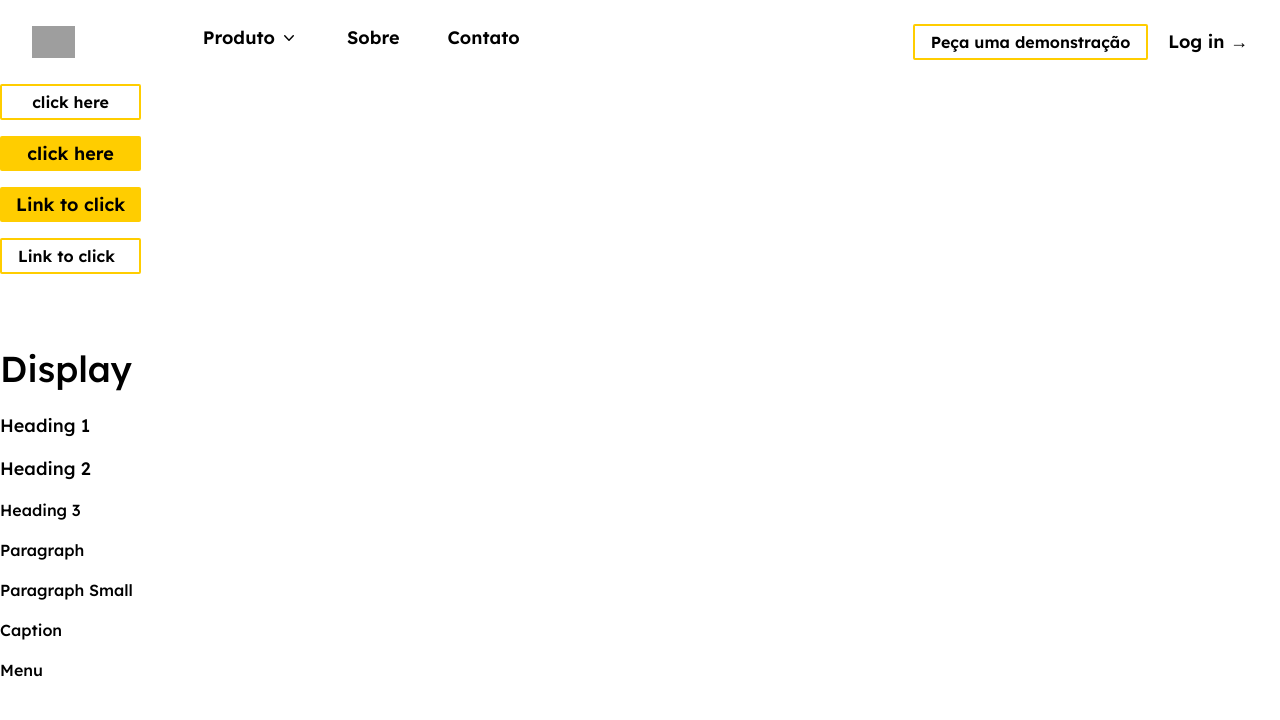
Repository: VereAbsolutum/site-institucional
Page: /
These files come from the project's save history. The page is drawn as it stood at one moment and after the next save; the edit follows.
The browser window is 1280 px wide. The pictures show the whole page.
Pictures or frames that could not be fetched are drawn as grey boxes. The project was rebuilt for these pictures with package versions that can differ from the ones it lists, and the page was loaded fresh each time. Also part of the build but not shown: vite.config.ts, src/presentation/pages/not-found/notFound.tsx.

Above is the page before, as saved 2023-04-12 21:53:29.

### src/App.tsx
import React from 'react'
import { BrowserRouter, Routes, Route } from "react-router-dom"
import { Home, NotFound } from './presentation/pages'

const App: React.FC = () => {
  return (
    <BrowserRouter >
      <Routes>
        <Route path='/' element={<Home />} />
        <Route path='*' element={<NotFound />} />
      </Routes>
    </BrowserRouter>
  )
}

export default App

### src/index.css
@import url("https://fonts.googleapis.com/css?family=lexend+Deca:300,500,600|Playfair+Display:500");

:root {
    --font-family-lexend_deca: "Lexend Deca";
    --font-family-playfair_display: "Playfair Display";
    font-family: 'Lexend Deca', sans-serif;
}

@tailwind base;
@tailwind components;
@tailwind utilities;

### src/presentation/pages/index.ts
export { default as Home } from './home/home'
export { default as NotFound } from './not-found/notFound'

### src/presentation/pages/home/home.tsx
import React from 'react';
import { ButtonBorderPrimary, ButtonPrimary, Header, LinkBorderPrimary, LinkBorderWhite, LinkPrimary, TextCaption, TextDisplay, TextHeading1, TextHeading2, TextHeading3, TextMenu, TextParagraph, TextParagraphSmall } from '../../components';

const home: React.FC = () => {
    return (
        <>
            <Header />
            <main>
                <section>
                    <div className='inline-flex flex-col space-y-4'>
                        <ButtonBorderPrimary label='click here' />
                        <ButtonPrimary label='click here' />
                        <LinkPrimary>
                            Link to click
                        </LinkPrimary>
                        <LinkBorderPrimary>
                            Link to click
                        </LinkBorderPrimary>
                        <LinkBorderWhite>
                            Link to click
                        </LinkBorderWhite>
                        <TextDisplay>Display</TextDisplay>
                        <TextHeading1>Heading 1</TextHeading1>
                        <TextHeading2>Heading 2</TextHeading2>
                        <TextHeading3>Heading 3</TextHeading3>
                        <TextParagraph>Paragraph</TextParagraph>
                        <TextParagraphSmall>Paragraph Small</TextParagraphSmall>
                        <TextCaption>Caption</TextCaption>
                        <TextMenu>Menu</TextMenu>
                    </div>
                </section>
            </main>
        </>


    );
};

export default home;

### src/presentation/components/index.ts
export { default as Header } from './header/header'

export { default as ButtonBase } from './buttons/button-base'
export { default as ButtonBorderPrimary } from './buttons/button-border-primary'
export { default as ButtonPrimary } from './buttons/button-primary'

export { default as LinkBase } from './links/link-base'
export { default as LinkPrimary } from './links/link-primary'
export { default as LinkBorderPrimary } from './links/link-border-primary'
export { default as LinkBorderWhite } from './links/link-border-white'

export { default as TextBase } from './typography/text-base'
export { default as TextDisplay } from './typography/display'
export { default as TextHeading1 } from './typography/heading1'
export { default as TextHeading2 } from './typography/heading2'
export { default as TextHeading3 } from './typography/heading3'
export { default as TextParagraph } from './typography/paragraph'
export { default as TextParagraphSmall } from './typography/paragraph-small'
export { default as TextCaption } from './typography/caption'
export { default as TextMenu } from './typography/menu'

### src/presentation/components/header/header.tsx
import React, { useState } from 'react'
import {
    Bars3Icon,
    ChartPieIcon,
    CursorArrowRaysIcon,
    FingerPrintIcon,
} from '@heroicons/react/24/outline'
import { PhoneIcon, PlayCircleIcon } from '@heroicons/react/20/solid'
import { MainMenu, MobileMenu } from './components'
import { ButtonBorderPrimary } from '..'

const products = [
    { name: 'CdAdm Web', description: 'Get a better understanding of your traffic', href: '#', icon: ChartPieIcon },
    { name: 'CdAdm Grafico', description: 'Speak directly to your customers', href: '#', icon: CursorArrowRaysIcon },
    { name: 'CdFin', description: 'Your customers’ data will be safe and secure', href: '#', icon: FingerPrintIcon }
]
const callsToAction = [
    { name: 'Assista a Demo', href: '#', icon: PlayCircleIcon },
    { name: 'Contato', href: '#', icon: PhoneIcon },
]

function classNames(...classes: string[]) {
    return classes.filter(Boolean).join(' ');
}

const header: React.FC = () => {
    const [mobileMenuOpen, setMobileMenuOpen] = useState(false)

    return (
        <header className="bg-white">
            <nav className="mx-auto flex max-w-7xl items-center justify-between p-6 lg:px-8" aria-label="Global">

                <div className="flex lg:flex-1">
                    <a href="#" className="-m-1.5 p-1.5">
                        <span className="sr-only">SCordon</span>
                        <img className="h-8 w-auto" src="https://tailwindui.com/img/logos/mark.svg?color=indigo&shade=600" alt="" />
                    </a>

                    {/* main menu */}
                    <div className='ml-32'>
                        <MainMenu products={products} />
                    </div>
                </div>

                <div className="flex lg:hidden">
                    {/* Button */}
                    <button
                        type="button"
                        className="-m-2.5 inline-flex items-center justify-center rounded-md p-2.5 text-gray-700"
                        onClick={() => setMobileMenuOpen(true)}
                    >
                        <span className="sr-only">Open main menu</span>
                        <Bars3Icon className="h-6 w-6" aria-hidden="true" />
                    </button>
                </div>



                <div className="hidden lg:flex lg:flex-1 lg:justify-end align-items: center">
                    <div className='mr-5'>
                        <ButtonBorderPrimary label='Peça uma demonstração' />
                    </div>
                    <div className="flex items-center">
                        <a href="#" className="text-lg font-medium leading-6 font-semibold">
                            Log in <span aria-hidden="true">&rarr;</span>
                        </a>
                    </div>
                    {/* Button */}
                </div>
            </nav>

            <MobileMenu
                mobileMenuOpen={mobileMenuOpen}
                setMobileMenuOpen={setMobileMenuOpen}
                products={products}
                callsToAction={callsToAction}
            />
        </header>
    )
}

export default header

### src/presentation/components/buttons/button-base.tsx
import React from 'react'

export type ButtonProps = React.ButtonHTMLAttributes<HTMLButtonElement> & {
    label: string;
    className?: string;
};

const buttonBase: React.FC<ButtonProps> = ({ label, className, ...rest }) => {
    const baseClasses =
        'font-semibold rounded-sm hover:bg-blue-700 focus:outline-none focus:ring-2 focus:ring-blue-400 focus:ring-opacity-75';

    return (
        <button className={`${baseClasses} ${className}`} {...rest}>
            {label}
        </button>
    );
};

export default buttonBase;

### src/presentation/components/buttons/button-border-primary.tsx
// BorderedButton.tsx
import React from 'react';
import { ButtonBase } from '..';
import { ButtonProps } from './button-base';

const buttonBorderPrimary: React.FC<ButtonProps> = ({ className, ...rest }) => {
    const baseClasses = 'px-4 py-1 border-2 border-yellow bg-transparent border border-blue-500 text-blue-500 hover:bg-blue-500';

    return <ButtonBase className={`${baseClasses} ${className}`} {...rest} />;
};

export default buttonBorderPrimary;

### src/presentation/components/buttons/button-primary.tsx
// FilledButton.tsx
import React from 'react';
import { ButtonBase } from '..';
import { ButtonProps } from './button-base';

const buttonPrimary: React.FC<ButtonProps> = ({ className, ...rest }) => {
    const baseClasses = 'px-4 py-1 bg-blue-500 bg-yellow hover:bg-blue-700 text-lg font-medium';

    return <ButtonBase className={`${baseClasses} ${className}`} {...rest} />;
};

export default buttonPrimary;

### src/presentation/components/links/link-base.tsx
import React from 'react';

export type LinkBaseProps = React.AnchorHTMLAttributes<HTMLAnchorElement> & {
    className?: string;
};

const linkBase: React.FC<LinkBaseProps> = ({ children, className, ...rest }) => {
    const baseClasses =
        'font-semibold cursor-pointer rounded-sm hover:bg-blue-700 focus:outline-none focus:ring-2 focus:ring-blue-400 focus:ring-opacity-75';

    return (
        <a className={`${baseClasses} ${className}`} {...rest}>
            {children}
        </a>
    );
};

export default linkBase;

### src/presentation/components/links/link-primary.tsx
// FilledButton.tsx
import React from 'react';
import { LinkBase } from '..';
import { LinkBaseProps } from './link-base';

const linkPrimary: React.FC<LinkBaseProps> = ({ className, ...rest }) => {
    const baseClasses = 'px-4 py-1 bg-blue-500 bg-yellow hover:bg-blue-700 text-lg font-medium';

    return <LinkBase className={`${baseClasses} ${className}`} {...rest} />;
};

export default linkPrimary;

### src/presentation/components/links/link-border-primary.tsx
// FilledButton.tsx
import React from 'react';
import { LinkBase } from '..';
import { LinkBaseProps } from './link-base';

const linkBorderPrimary: React.FC<LinkBaseProps> = ({ className, ...rest }) => {
    const baseClasses = 'px-4 py-1 border-2 border-yellow bg-transparent border border-blue-500 text-blue-500 hover:bg-blue-500';

    return <LinkBase className={`${baseClasses} ${className}`} {...rest} />;
};

export default linkBorderPrimary;

### src/presentation/components/links/link-border-white.tsx
// FilledButton.tsx
import React from 'react';
import { LinkBase } from '..';
import { LinkBaseProps } from './link-base';

const linkBorderWhite: React.FC<LinkBaseProps> = ({ className, ...rest }) => {
    const baseClasses = 'px-4 py-1 text-white border-2 border-white bg-transparent border border-blue-500 text-blue-500 hover:bg-blue-500';

    return <LinkBase className={`${baseClasses} ${className}`} {...rest} />;
};

export default linkBorderWhite;

### src/presentation/components/typography/text-base.tsx
import React from 'react';

export type TextBaseProps = React.HTMLAttributes<HTMLSpanElement> & {
    className?: string;
};

const textBase: React.FC<TextBaseProps> = ({ children, className, ...rest }) => {
    const baseClasses = '';

    return (
        <span className={`${baseClasses} ${className}`} {...rest}>
            {children}
        </span>
    );
};

export default textBase;

### src/presentation/components/typography/display.tsx
import React from 'react';
import { TextBase } from '..';
import { TextBaseProps } from './text-base';

const textDisplay: React.FC<TextBaseProps> = ({ children, className, ...rest }) => {
    const baseClasses = 'text-2xl font-medium';

    return (
        <TextBase className={baseClasses}>
            {children}
        </TextBase>
    );
};

export default textDisplay;

### src/presentation/components/typography/heading1.tsx
import React from 'react';
import { TextBase } from '..';
import { TextBaseProps } from './text-base';

const textHeading1: React.FC<TextBaseProps> = ({ children, className, ...rest }) => {
    const baseClasses = 'text-lg font-medium';

    return (
        <TextBase className={baseClasses}>
            {children}
        </TextBase>
    );
};

export default textHeading1;

### src/presentation/components/typography/heading2.tsx
import React from 'react';
import { TextBase } from '..';
import { TextBaseProps } from './text-base';

const textHeading2: React.FC<TextBaseProps> = ({ children, className, ...rest }) => {
    const baseClasses = 'text-lg font-medium';

    return (
        <TextBase className={baseClasses}>
            {children}
        </TextBase>
    );
};

export default textHeading2;

### src/presentation/components/typography/heading3.tsx
import React from 'react';
import { TextBase } from '..';
import { TextBaseProps } from './text-base';

const textHeading3: React.FC<TextBaseProps> = ({ children, className, ...rest }) => {
    const baseClasses = 'text-md font-medium';

    return (
        <TextBase className={baseClasses}>
            {children}
        </TextBase>
    );
};

export default textHeading3;

### src/presentation/components/typography/paragraph.tsx
import React from 'react';
import { TextBase } from '..';
import { TextBaseProps } from './text-base';

const textParagraph: React.FC<TextBaseProps> = ({ children, className, ...rest }) => {
    const baseClasses = 'text-md font-medium';

    return (
        <TextBase className={baseClasses}>
            {children}
        </TextBase>
    );
};

export default textParagraph;

### src/presentation/components/typography/paragraph-small.tsx
import React from 'react';
import { TextBase } from '..';
import { TextBaseProps } from './text-base';

const textParagraphSmall: React.FC<TextBaseProps> = ({ children, className, ...rest }) => {
    const baseClasses = 'text-md font-medium';

    return (
        <TextBase className={baseClasses} {...rest}>
            {children}
        </TextBase>
    );
};

export default textParagraphSmall;

### src/presentation/components/typography/caption.tsx
import React from 'react';
import { TextBase } from '..';
import { TextBaseProps } from './text-base';

const textCapiton: React.FC<TextBaseProps> = ({ children, className, ...rest }) => {
    const baseClasses = 'text-md font-medium';

    return (
        <TextBase className={baseClasses} {...rest}>
            {children}
        </TextBase>
    );
};

export default textCapiton;

### src/presentation/components/typography/menu.tsx
import React from 'react';
import { TextBase } from '..';
import { TextBaseProps } from './text-base';

const textMenu: React.FC<TextBaseProps> = ({ children, className, ...rest }) => {
    const baseClasses = 'text-md font-medium';

    return (
        <TextBase className={baseClasses} {...rest}>
            {children}
        </TextBase>
    );
};

export default textMenu;

### src/presentation/components/header/components/index.ts
export { default as MobileMenu } from './mobile-menu'
export { default as MainMenu } from './main-menu'

### src/presentation/components/header/components/mobile-menu.tsx
import React from 'react'
import { Dialog, Disclosure } from '@headlessui/react'
import { ChevronDownIcon, XMarkIcon } from '@heroicons/react/24/outline'
import { ButtonFilled } from '../..';

function classNames(...classes: string[]) {
    return classes.filter(Boolean).join(' ');
}

export type MobileMenuProps = {
    mobileMenuOpen: boolean
    setMobileMenuOpen: (open: boolean) => void
    products: Array<{
        name: string
        description: string
        href: string
        icon: any
    }>
    callsToAction: Array<{
        name: string
        href: string
        icon: any
    }>
}

const mobileMenu: React.FC<MobileMenuProps> = ({ mobileMenuOpen, setMobileMenuOpen, products, callsToAction }) => {
    return (
        <Dialog as="div" className="lg:hidden" open={mobileMenuOpen} onClose={setMobileMenuOpen}>
            <div className="fixed inset-0 z-10" />

            {/* Mobile Menu */}
            <Dialog.Panel className="fixed inset-y-0 right-0 z-10 w-full overflow-y-auto bg-white px-6 py-6 sm:max-w-sm sm:ring-1 sm:ring-gray-900/10">
                <div className="flex items-center justify-between">
                    <a href="#" className="-m-1.5 p-1.5">
                        <span className="sr-only">Your Company</span>
                        <img
                            className="h-8 w-auto"
                            src="https://tailwindui.com/img/logos/mark.svg?color=indigo&shade=600"
                            alt=""
                        />
                    </a>


                    <button
                        type="button"
                        className="-m-2.5 rounded-md p-2.5 text-gray-700"
                        onClick={() => setMobileMenuOpen(false)}
                    >
                        <span className="sr-only">Close menu</span>
                        <XMarkIcon className="h-6 w-6" aria-hidden="true" />
                    </button>

                </div>

                <div className="mt-6 flow-root">
                    <div className="-my-6 divide-y divide-gray-500/10">
                        <div className="space-y-2 py-6">
                            <Disclosure as="div" className="-mx-3">
                                {({ open }) => (
                                    <>
                                        <Disclosure.Button className="flex w-full font-medium text-lg  items-center justify-between rounded-lg py-2 pl-3 pr-3.5 leading-7 hover:bg-gray-50">
                                            Product
                                            <ChevronDownIcon
                                                className={classNames(open ? 'rotate-180' : '', 'h-5 w-5 flex-none')}
                                                aria-hidden="true"
                                            />
                                        </Disclosure.Button>
                                        <Disclosure.Panel className="mt-2 space-y-2">
                                            {[...products, ...callsToAction].map((item) => (
                                                <Disclosure.Button
                                                    key={item.name}
                                                    as="a"
                                                    href={item.href}
                                                    className="block rounded-lg py-2 pl-6 pr-3 text-sm font-semibold leading-7 text-gray-900 hover:bg-gray-50"
                                                >
                                                    {item.name}
                                                </Disclosure.Button>
                                            ))}
                                        </Disclosure.Panel>
                                    </>
                                )}
                            </Disclosure>
                            <a
                                href="#"
                                className="-mx-3 block rounded-lg px-3 py-2 font-medium text-lg leading-7 text-gray-900 hover:bg-gray-50"
                            >
                                Features
                            </a>
                            <a
                                href="#"
                                className="-mx-3 block rounded-lg px-3 py-2 font-medium text-lg leading-7 hover:bg-gray-50"
                            >
                                Marketplace
                            </a>
                            <a
                                href="#"
                                className="-mx-3 block rounded-lg px-3 py-2 font-medium text-lg leading-7 hover:bg-gray-50"
                            >
                                Company
                            </a>
                        </div>

                        <div className="py-6">
                            <a
                                href="#"
                                className="-mx-3 block rounded-lg px-3 py-2.5 font-medium text-lg leading-7 hover:bg-gray-50"
                            >
                                Log in
                            </a>
                        </div>
                    </div>
                </div>
            </Dialog.Panel>
        </Dialog>
    )
}

export default mobileMenu

### src/presentation/components/header/components/main-menu.tsx
import React, { Fragment } from 'react'
import { Popover, Transition } from '@headlessui/react'
import { ChevronDownIcon } from '@heroicons/react/20/solid'
import { PlayCircleIcon, PhoneIcon } from '@heroicons/react/20/solid'
import { Product } from './header-types'

const callsToAction = [
    { name: 'Watch demo', href: '#', icon: PlayCircleIcon },
    { name: 'Contact sales', href: '#', icon: PhoneIcon },
]

export type MainMenuProps = { products: Product[] }

const MainMenu: React.FC<MainMenuProps> = ({ products }) => {
    return (
        <Popover.Group className="hidden lg:flex lg:gap-x-12">
            <Popover className="relative">
                <Popover.Button className="flex items-center gap-x-1 text-lg  font-semibold  leading-6">
                    Produto
                    <ChevronDownIcon className="h-5 w-5 flex-none text-gray-400" aria-hidden="true" />
                </Popover.Button>

                <Transition
                    as={Fragment}
                    enter="transition ease-out duration-200"
                    enterFrom="opacity-0 translate-y-1"
                    enterTo="opacity-100 translate-y-0"
                    leave="transition ease-in duration-150"
                    leaveFrom="opacity-100 translate-y-0"
                    leaveTo="opacity-0 translate-y-1"
                >
                    <Popover.Panel className="absolute -left-8 top-full z-10 mt-3 w-screen max-w-md overflow-hidden rounded-3xl bg-white shadow-lg ring-1 ring-gray-900/5">
                        <div className="p-4">
                            {products.map((item) => (
                                <div
                                    key={item.name}
                                    className="group relative flex items-center gap-x-6 rounded-lg p-4 text-sm leading-6 hover:bg-gray-50"
                                >
                                    <div className="flex h-11 w-11 flex-none items-center justify-center rounded-lg bg-gray-50 group-hover:bg-white">
                                        <item.icon className="h-6 w-6 text-gray-600 group-hover:text-indigo-600" aria-hidden="true" />
                                    </div>
                                    <div className="flex-auto">
                                        <a href={item.href} className="block font-semibold text-gray-900">
                                            {item.name}
                                            <span className="absolute inset-0" />
                                        </a>
                                        <p className="mt-1 text-gray-600">{item.description}</p>
                                    </div>
                                </div>
                            ))}
                        </div>
                        <div className="grid grid-cols-2 divide-x divide-gray-900/5 bg-gray">  </div>
                        <div className="grid grid-cols-2 divide-x divide-gray-900/5 bg-gray-50">
                            {callsToAction.map((item) => (
                                <a
                                    key={item.name}
                                    href={item.href}
                                    className="flex items-center justify-center gap-x-2.5 p-3 text-sm font-semibold leading-6 text-gray-900 hover:bg-gray-100"
                                >
                                    <item.icon className="h-5 w-5 flex-none text-gray-400" aria-hidden="true" />
                                    {item.name}
                                </a>
                            ))}
                        </div>
                    </Popover.Panel>
                </Transition>
            </Popover>

            <a href="#" className="text-lg  font-semibold  leading-6 text-gray-900">
                Sobre
            </a>
            <a href="#" className="text-lg  font-semibold  leading-6 text-gray-900">
                Contato
            </a>
        </Popover.Group>
    )
}

export default MainMenu

### tailwind.config.js
/** @type {import('tailwindcss').Config} */
export default {
  content: [
    "./index.html",
    "./src/**/*.{js,ts,jsx,tsx}",
  ],
  theme: {
    fontFamily: {
      display: ['Playfair Display', 'serif'],
      sans: ['Lexend Deca', 'sans-serif']
    },
    colors: {
      yellow: '#FFCD00',
      black: '#1A1A1A',
      blue: '#2E475D',
      white: '#FFFFFF',
    },
    fontSize: {
      xs: '12px',
      sm: '14px',
      base: '16px',
      lg: '18px',
      xl: '22px',
      '2xl': '36px',
      xxl: '32px',
    },
    extend: {},
  },
  plugins: [],
}

Loaded but not shown: index.html (common file); src/main.tsx (common file)

After the next save:
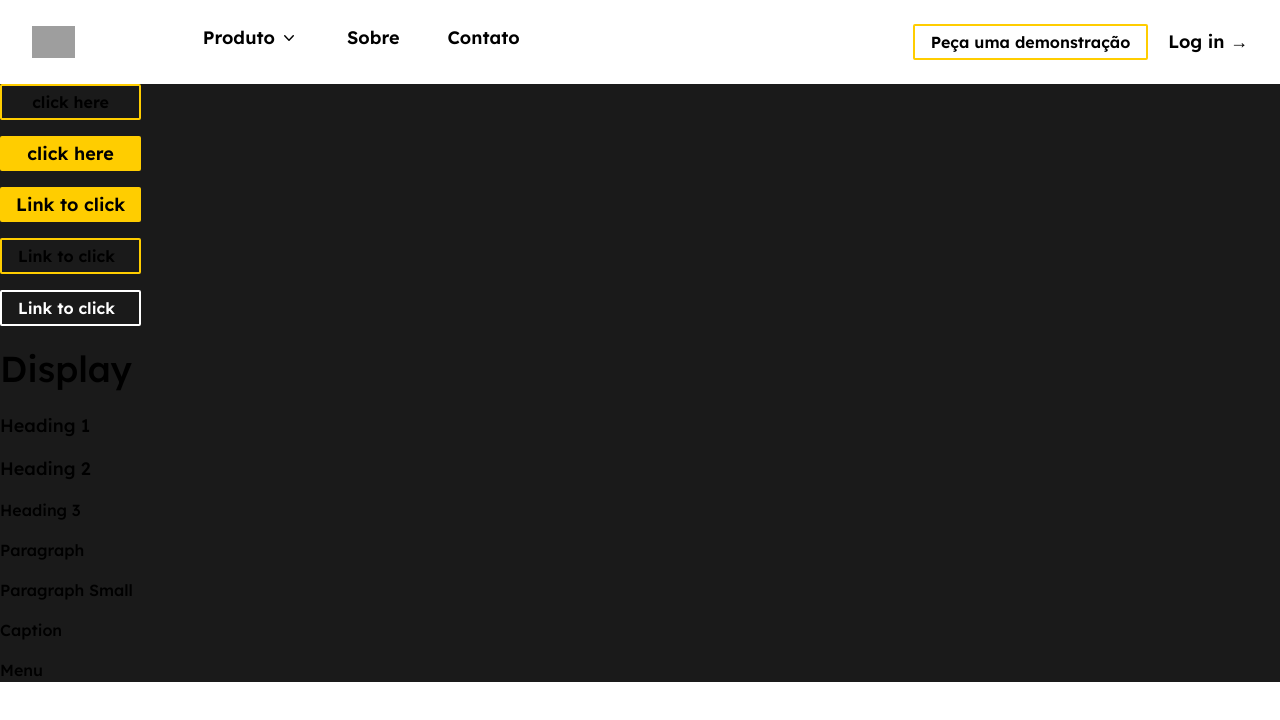
Saved 24 s later.
--- a/src/presentation/pages/home/home.tsx
+++ b/src/presentation/pages/home/home.tsx
@@ -6,7 +6,7 @@ const home: React.FC = () => {
         <>
             <Header />
             <main>
-                <section>
+                <section className='bg-black'>
                     <div className='inline-flex flex-col space-y-4'>
                         <ButtonBorderPrimary label='click here' />
                         <ButtonPrimary label='click here' />
